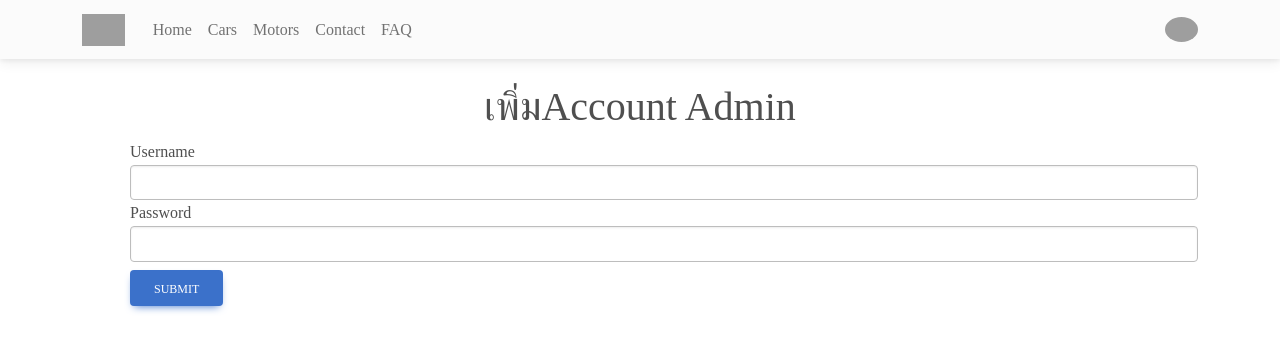
Repository: armychawakorn/Rent4U-Java
Page: http://localhost/miniproject/Admin/addusers.jsp
These files come from the project's save history. The page is drawn as it stood at one moment and after the next save; the edit follows.
The browser window is 1280 px wide. The pictures show the whole page.
Pictures or frames that could not be fetched are drawn as grey boxes. Some web fonts or font styles are not loaded; a fallback is used. Some web libraries are served in a nearby version. The page is served by Tomcat 9.

Above is the page before, as saved 2023-10-28 19:50:47.

After the next save:
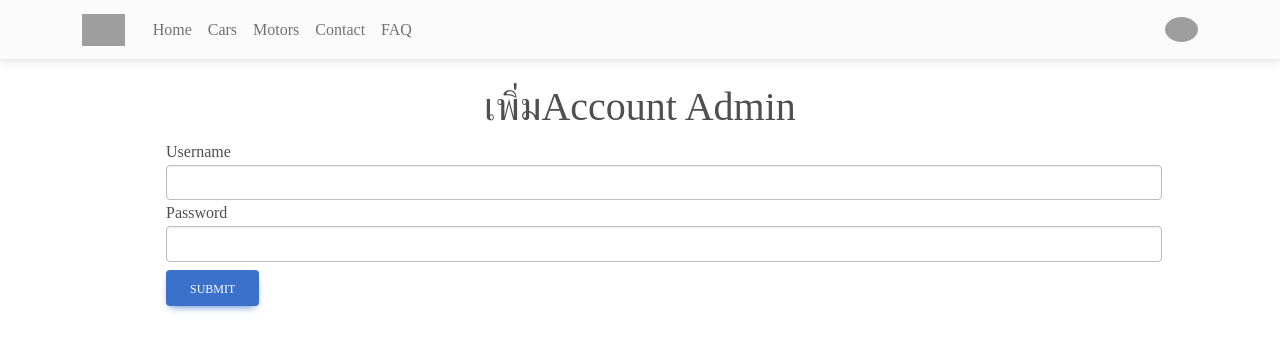
Saved 35 s later.
--- a/miniproject/src/main/webapp/Admin/addusers.jsp
+++ b/miniproject/src/main/webapp/Admin/addusers.jsp
@@ -20,7 +20,7 @@
 </head>
 <body>
 	<%@ include file="../components/Nav.jsp" %>
-	<div class="container dashboard-fade">
+	<div class="container dashboard-fade ps-5 pe-5">
 		<div class="pt-4 text-center">
 			<h1>เพิ่มAccount Admin</h1>
 		</div>
